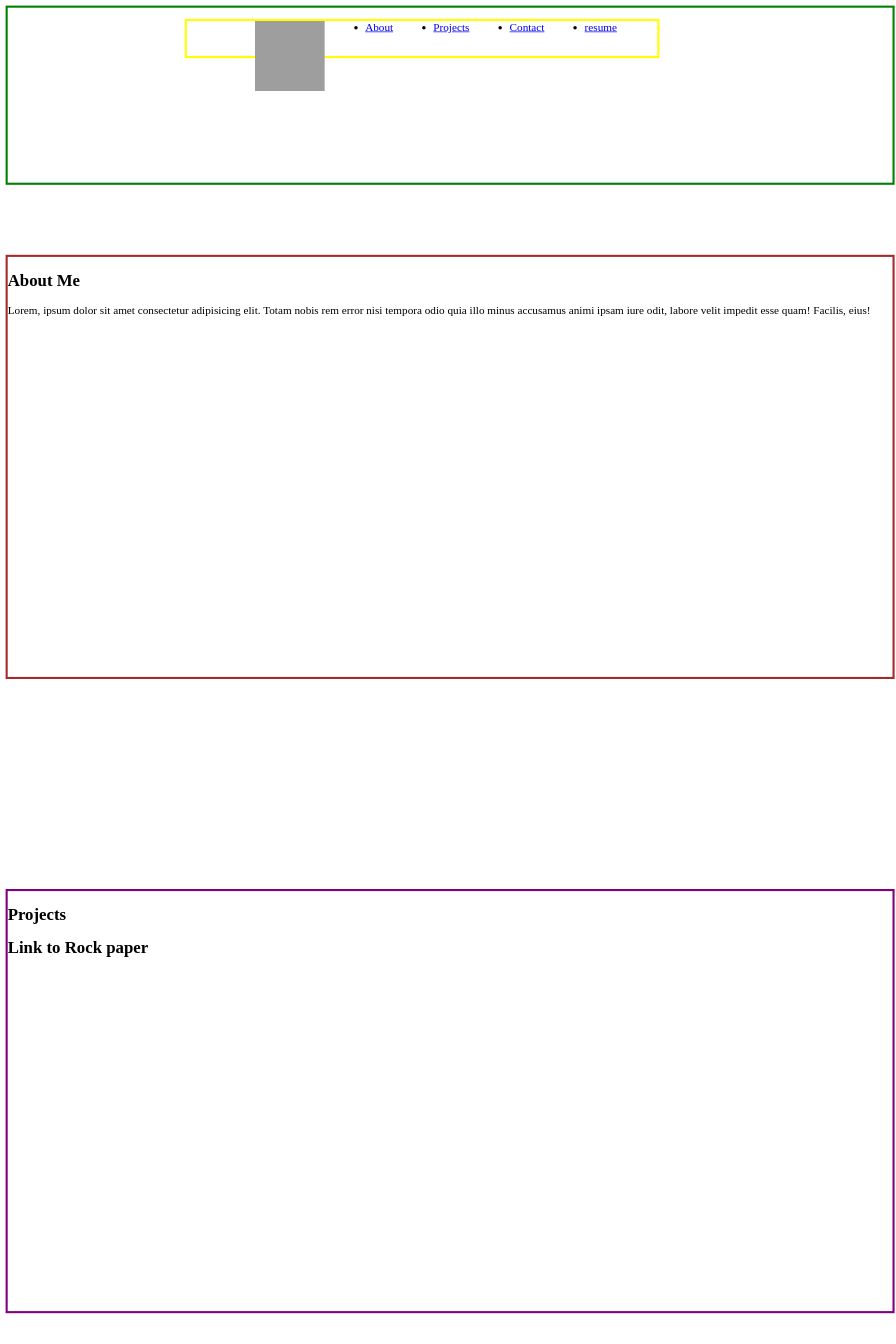
Repository: JohnDunst/projecttwo
Page: /
These files come from the project's save history. The page is drawn as it stood at one moment and after the next save; the edit follows.
The browser window is 1280 px wide. The pictures show the part of the page from y = 0 to 1920 px (the page is 2790 px tall), at 70% of full size.
Pictures or frames that could not be fetched are drawn as grey boxes. The project was rebuilt for these pictures with package versions that can differ from the ones it lists, and the page was loaded fresh each time. Imported but missing from the stored project, and not drawn on this page: src/assets/Dunst Resume.pdf.

Above is the page before, as saved 2023-08-03 23:19:10.

After the next save:
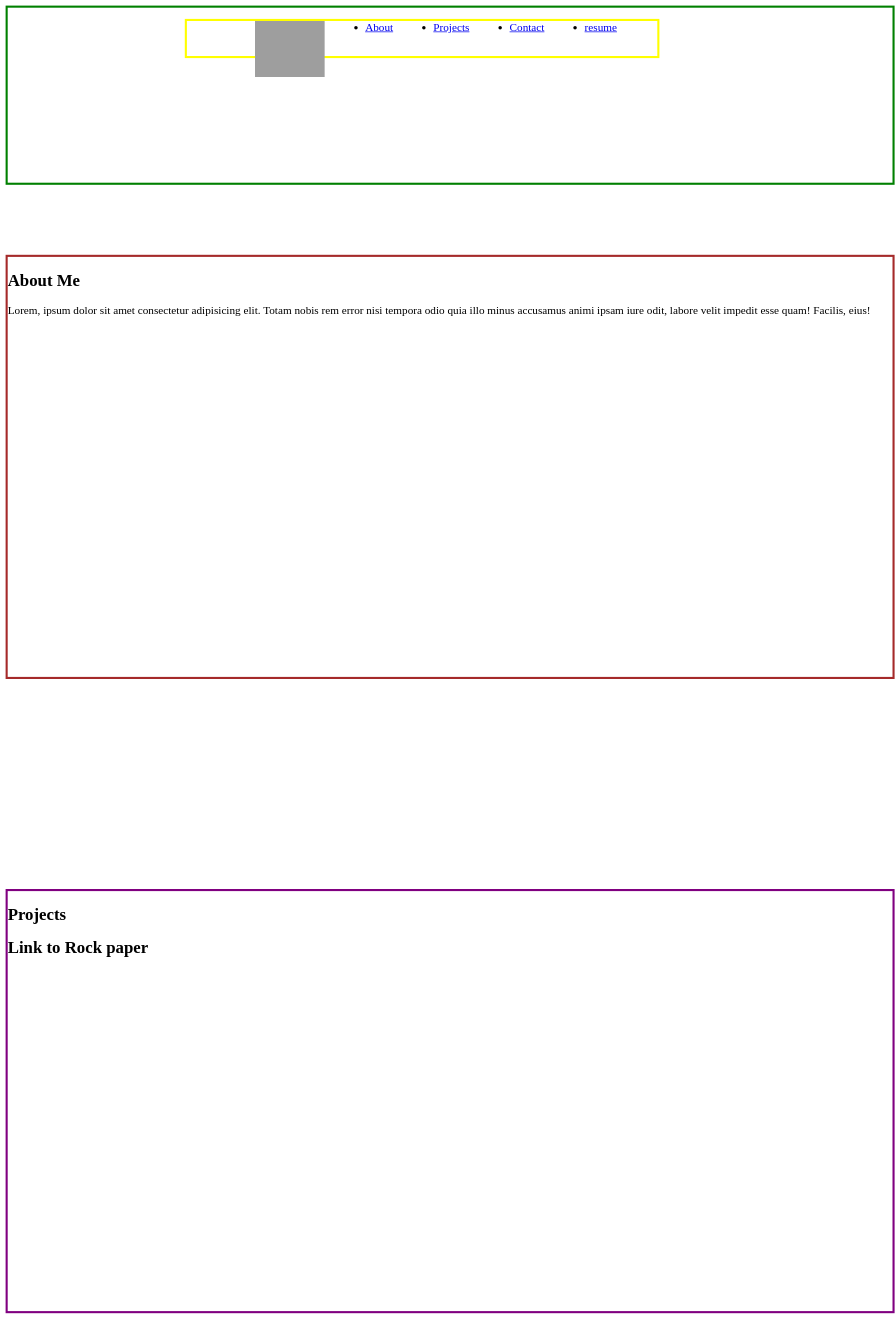
Saved 104 s later.
--- a/src/style.css
+++ b/src/style.css
@@ -46,7 +46,7 @@ margin-left: 20%;
     width: 100%;
 }
 .nav__logo img{
-    height: 100px;
+    height: 80px;
     width: 100px;
 }
 img{
